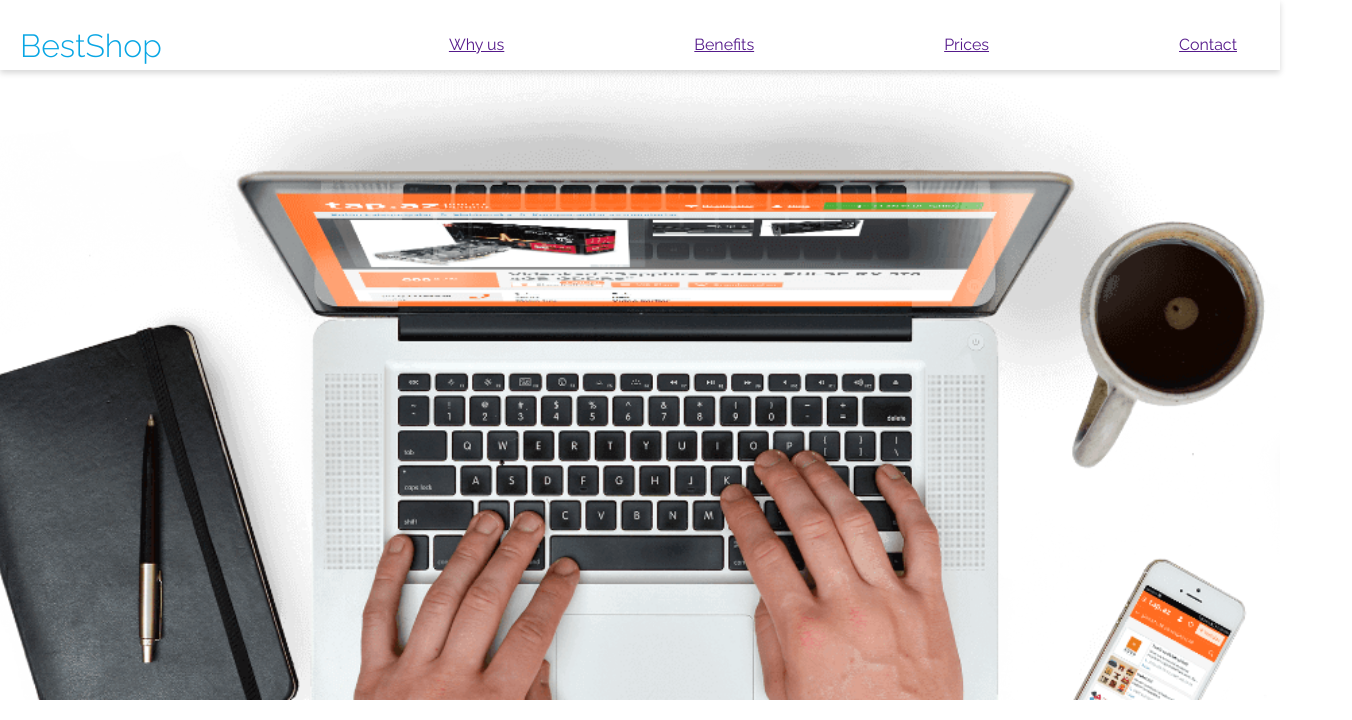
Repository: Widzisz/bestshop-website
Page: index.html
The author's editor kept a copy of each file at every save. The page is drawn from the files as they stood at one save, then again after the next save.
The browser window is 1280 px wide. The page is 1352 px wide, so the pictures cover 1352 px, including what lies to the right of the window. The pictures show the whole page.

Above is the page before, as saved 2021-03-19 12:22:10.

After the next save:
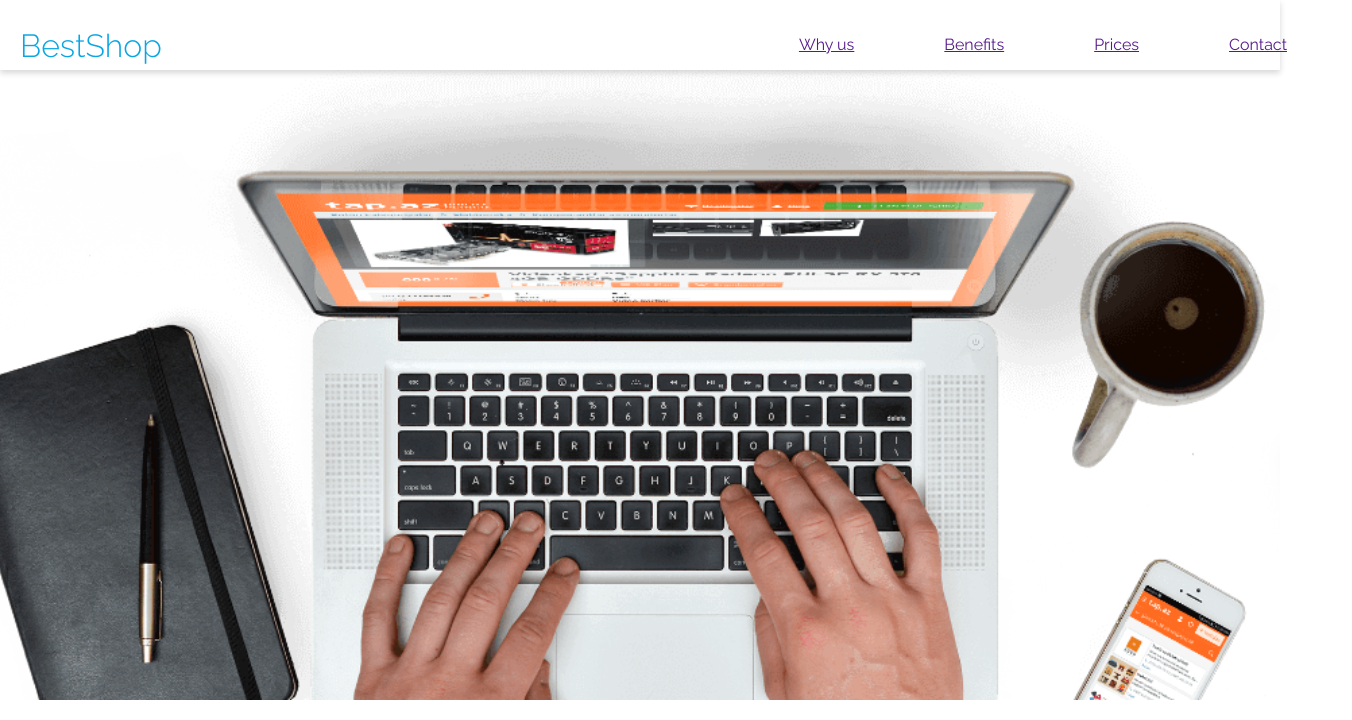
Saved 17 s later.
--- a/css/style.css
+++ b/css/style.css
@@ -80,6 +80,6 @@ body {
 
 .menu__list li {
     list-style-type: none;
-    margin: 0 95px;
+    margin: 0 45px;
 
 }
